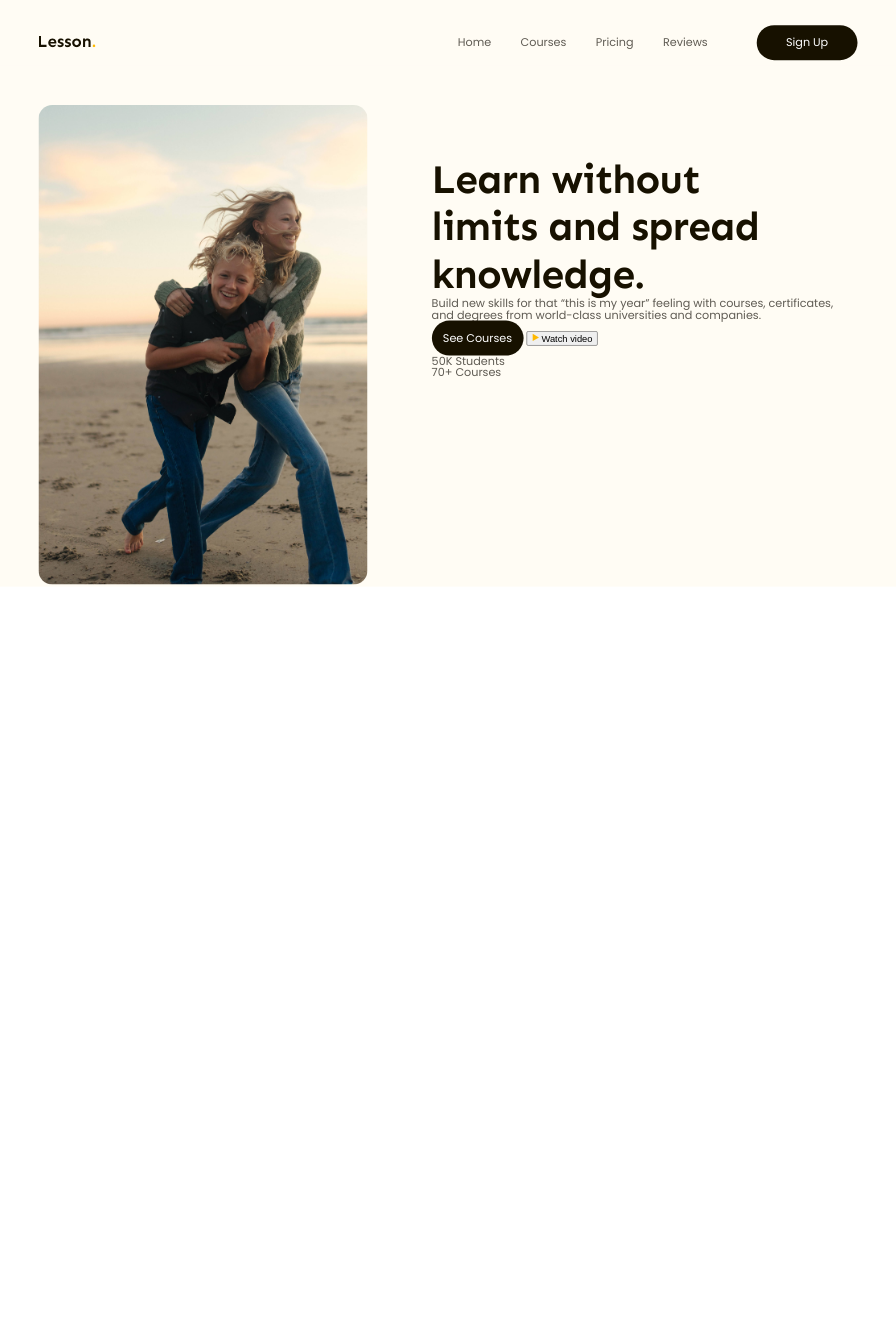
Repository: tinhtranjp/htmlcss-01
Page: index.html
The author's editor kept a copy of each file at every save. The page is drawn from the files as they stood at one save, then again after the next save.
The browser window is 1280 px wide. The pictures show the part of the page from y = 0 to 1920 px (the page is 5000 px tall), at 70% of full size.

Above is the page before, as saved 2023-01-20 05:16:08.

### index.html
<!DOCTYPE html>
<html lang="en">
  <head>
    <meta charset="UTF-8" />
    <meta http-equiv="X-UA-Compatible" content="IE=edge" />
    <meta name="viewport" content="width=device-width, initial-scale=1.0" />
    <title>Project-01</title>
    <link rel="stylesheet" href="./assets/css/reset.css" />
    <link rel="stylesheet" href="./assets/css/base.css" />
    <link rel="stylesheet" href="./assets/css/styles.css" />
    <link rel="preconnect" href="https://fonts.googleapis.com" />
    <link rel="preconnect" href="https://fonts.gstatic.com" crossorigin />
    <link
      href="https://fonts.googleapis.com/css2?family=Poppins:ital,wght@0,400;0,500;0,600;0,700;1,400&family=Sen:wght@700&display=swap"
      rel="stylesheet"
    />
  </head>
  <body>
    <div class="main" style="height: 5000px">
      <!-- Header -->
      <header class="header fixed">
        <div class="content">
          <div class="body">
            <a href=""
              ><img src="./assets/img/Lesson..svg" alt="Lesson." class="logo"
            /></a>

            <nav class="nav">
              <ul class="nav-list">
                <li class="nav-item">
                  <a href="#!">Home</a>
                </li>
                <li class="nav-item">
                  <a href="#!">Courses</a>
                </li>
                <li class="nav-item">
                  <a href="#!">Pricing</a>
                </li>
                <li class="nav-item">
                  <a href="#!">Reviews</a>
                </li>
              </ul>
            </nav>

            <div class="acction">
              <a href="#!" class="btn acction-btn">Sign Up</a>
            </div>
          </div>
        </div>
      </header>

      <!-- Hero -->
      <div class="hero">
        <div class="content">
          <div class="body">
            <div class="media">
              <img
                src="./assets/img/hero-img.jpg"
                alt="Learn without limits and spread knowledge."
                class="img-media"
              />
            </div>
            <div class="info">
              <h1 class="title">Learn without limits and spread knowledge.</h1>
              <p class="desc">
                Build new skills for that “this is my year” feeling with
                courses, certificates, and degrees from world-class universities
                and companies.
              </p>
              <div class="accition">
                <a href="" class="btn">See Courses</a>
                <button>
                  <img src="./assets/img/Polygon 2.svg" alt="" />
                  <span>Watch video</span>
                </button>
              </div>
              <p class="desc"></p>
              <p class="qty"><strong>50K</strong> Students</p>
              <p class="qty"><strong>70+</strong> Courses</p>
            </div>
          </div>
        </div>
      </div>
    </div>
  </body>
</html>

### assets/css/base.css
* {
  box-sizing: border-box;
}

:root {
  --primary-color: #ffb900;
}

html {
  font-size: 62.5%;
}

body {
  font-size: 1.6rem;
  font-family: "Poppins", sans-serif;
  font-weight: 400;
  color: #5f5b53;
}

.content {
  width: 1170px;
  max-width: calc(100% - 48px);
  margin-left: auto;
  margin-right: auto;
}

h1,
h2 {
  font-family: "Sen", sans-serif;
  font-weight: 700;
}

.text-line2 {
  display: -webkit-box;
  -webkit-line-clamp: 2;
  -webkit-box-orient: vertical;
  overflow: hidden;
}

.text-line2.text-line3 {
  -webkit-line-clamp: 3;
}

a {
  text-decoration: none;
}

.btn {
  display: inline-block;
  min-width: 118px;
  padding: 0 16px;
  height: 50px;
  line-height: 50px;
  text-align: center;
  background: #171100;
  border-radius: 25px;
  color: #fff;
}

.btn:hover {
  cursor: pointer;
  opacity: 0.9;
}

### assets/css/styles.css
/* ========================> Header <======================= */

.header {
  padding-top: 28px;
  background: #fffcf4;
}

.fixed {
  position: sticky;
  left: 0;
  top: -28px;
}

.header .logo:hover {
  cursor: pointer;
}

.header .body {
  display: flex;
  align-items: center;
  padding: 8px 0;
}

.header nav {
  margin-left: auto;
}

.header .nav-list {
  display: flex;
  align-items: center;
}

.header .nav-item > a {
  display: inline-block;
  padding: 8px 21px;
  line-height: 1.75;
  color: #5f5b53;
}

.header .nav-item > a::after {
  content: "";
  display: block;
  width: 0;
  height: 1.2px;
  background: var(--primary-color);
  transition: ease 0.4s;
}

.header .nav-item > a:hover::after {
  width: 100%;
}

.header .acction {
  margin-left: 49px;
}

.acction-btn {
  min-width: 144px;
}

.acction-btn:hover {
  background-color: transparent;
  color: #333;
  background-color: var(--primary-color);
  opacity: 0.7;
  transition: ease-in 0.2s;
}

/* ======================> Hero <==================== */

.hero {
  padding-top: 56px;
  background: #fffcf4;
}

.hero .body {
  display: flex;
}

.hero .media {
  width: 48%;
}

.hero .img-media {
  width: 470px;
  height: 685px;
  object-fit: cover;
  border-radius: 20px;
}

.hero .info {
  width: 52%;
}

.hero .info .title {
  margin-top: 72px;
  font-size: 5.8rem;
  line-height: 1.17;
  letter-spacing: -0.02em;
  color: #171100;
  width: 470px;
}

.hero .info:first-of-type(.desc) {
  margin-top: 22px;
  font-size: 1.8rem;
  line-height: 1.67;
  color: #5f5b53;
}

Loaded but not shown: assets/css/reset.css (common file)

After the next save:
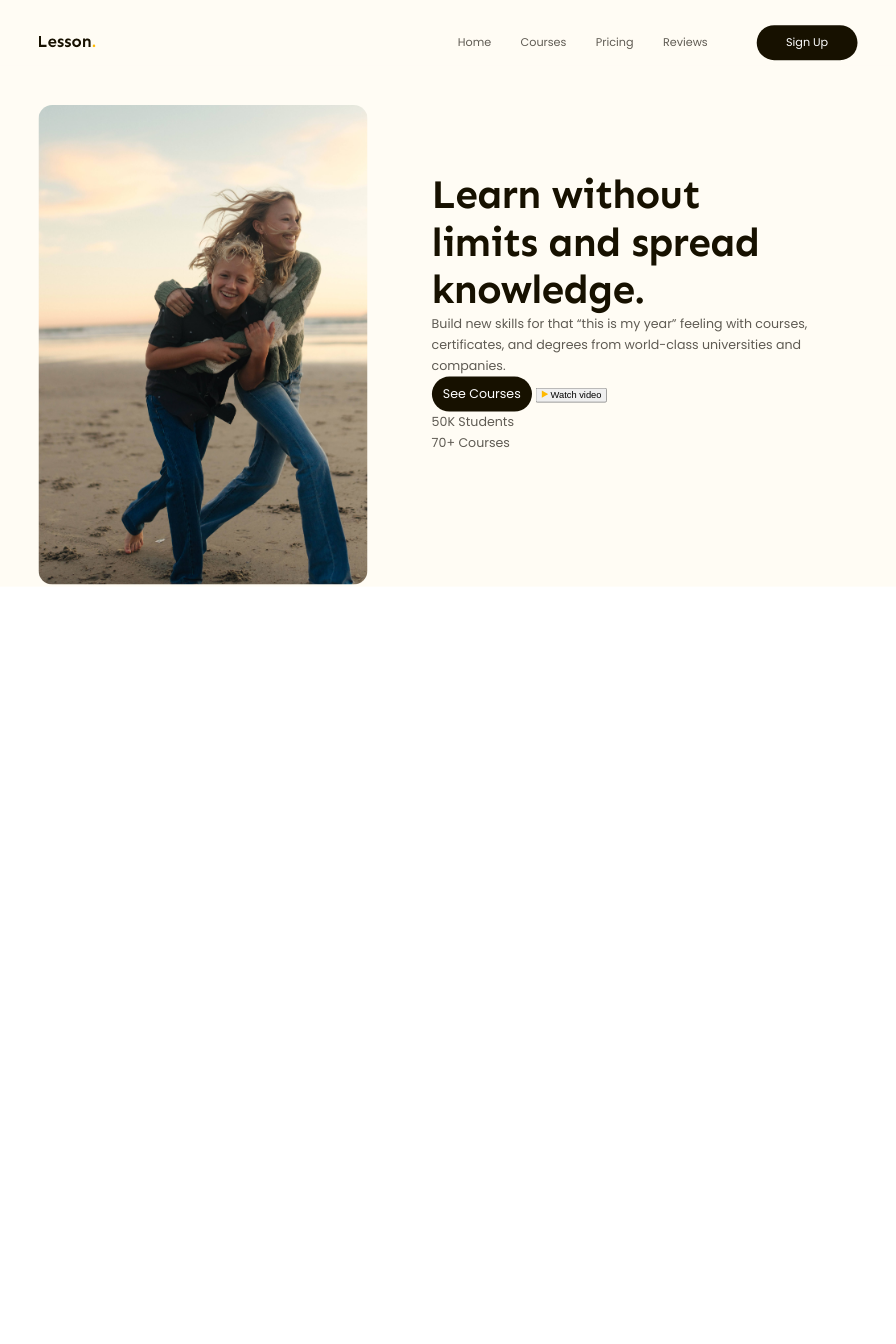
Saved 23 s later.
--- a/assets/css/styles.css
+++ b/assets/css/styles.css
@@ -101,7 +101,7 @@
   width: 470px;
 }
 
-.hero .info:first-of-type(.desc) {
+.hero .info:nth-child(2) {
   margin-top: 22px;
   font-size: 1.8rem;
   line-height: 1.67;
